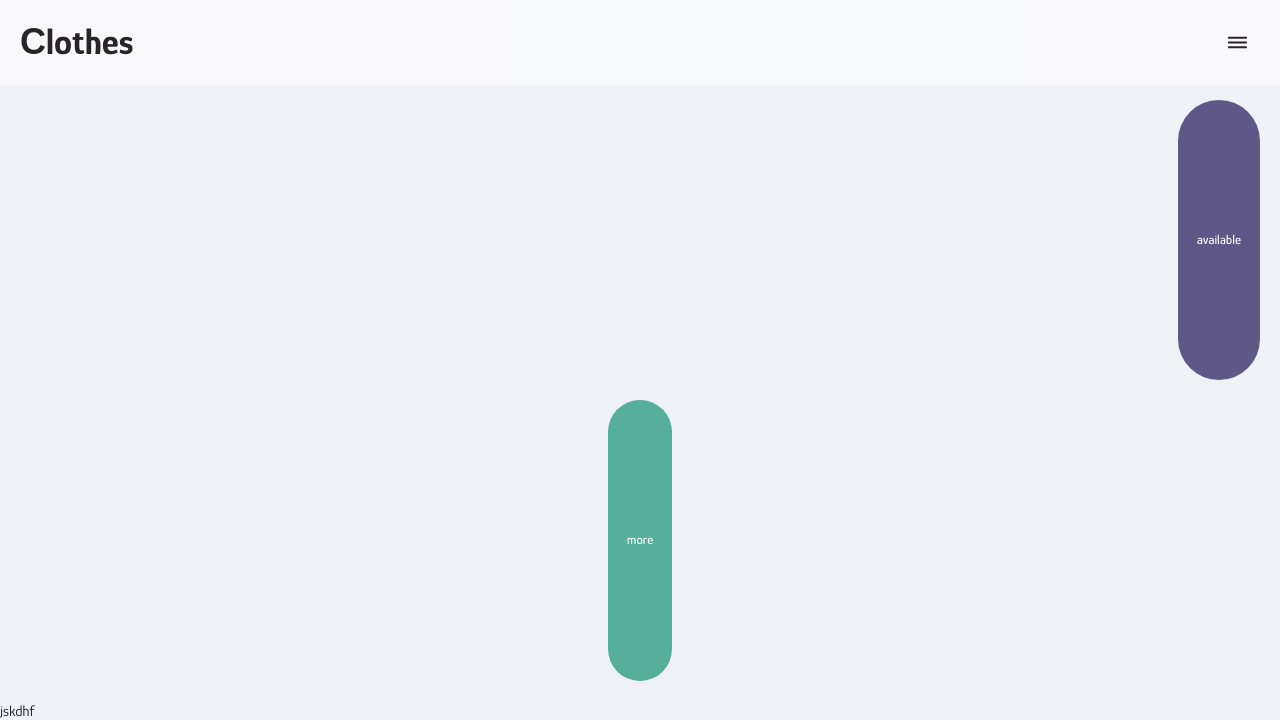
Repository: Axeliriya/my-test
Page: /
These files come from the project's save history. The page is drawn as it stood at one moment and after the next save; the edit follows.
The browser window is 1280 px wide. The pictures show the whole page.
The page's requests for data from a server got no answer. The project was rebuilt for these pictures with package versions that can differ from the ones it lists, and the page was loaded fresh each time. No one was signed in, and anything a server would have sent is missing. Also part of the build but not shown: src/components/Input/Input.tsx, src/components/ProductList/ProductList.tsx, src/components/ProductItem/ProductItem.tsx, src/components/Carousel/Carousel.tsx.

Above is the page before, as saved 2022-04-06 13:54:39.

### public/index.html
<!DOCTYPE html>
<html lang="en">
  <head>
    <meta charset="utf-8" />
    <link rel="icon" href="%PUBLIC_URL%/favicon.ico" />
    <meta name="viewport" content="width=device-width, initial-scale=1" />
    <meta name="theme-color" content="#9796F0" />
    <title>React App</title>
  </head>
  <body>
    <div id="root"></div>
  </body>
</html>

### src/index.tsx
import { createRoot } from 'react-dom/client';
import { App } from './components';
import './assets/styles/main.scss';

const root = createRoot(document.getElementById('root') as HTMLDivElement);
root.render(<App />);

### src/components/index.ts
export * from './App/App';
export * from './Layout/Layout';
export * from './Header/Header';
export * from './Button/Button';
export * from './Input/Input';
export * from './ProductList/ProductList';
export * from './ProductItem/ProductItem';
export * from './Main/Main';
export * from './Carousel/Carousel';

### src/assets/styles/main.scss
@import './base/normalize';
@import './base/fonts';
@import './utils/variables';
@import './utils/mixins';
@import './utils/placeholder';
@import './base/body';

### src/components/App/App.tsx
import { Layout } from '..';
import styles from './App.module.scss';

export const App = (): JSX.Element => {
  return (
    <div className={styles.app}>
      <Layout />
    </div>
  );
};

### src/components/Layout/Layout.tsx
import { Header, Input, Main } from '..';
import styles from './Layout.module.scss';
import { LayoutProps } from './Layout.props';

export const Layout = ({ children }: LayoutProps): JSX.Element => {
  return (
    <div className={styles.layout}>
      <Header>
        <Input placeholder="Search..." />
      </Header>
      <Main />
      <footer className={styles.main}>jskdhf</footer>
    </div>
  );
};

### src/components/Header/Header.tsx
/* eslint-disable no-constant-condition */
import styles from './Header.module.scss';
import { HeaderProps } from './Header.props';
import { ReactComponent as Burger } from './burger.svg';
import { ReactComponent as Search } from './search.svg';
import { Button } from '..';

export const Header = ({ children, ...props }: HeaderProps): JSX.Element => {
  return (
    <header className={styles.header} {...props}>
      <div className={styles.wrapper}>
        <a className={styles.logo} href="/">
          Сlothes
        </a>
      </div>
      <Button>
        <Burger />
      </Button>
    </header>
  );
};

### src/components/Button/Button.tsx
import styles from './Button.module.scss';
import { ButtonProps } from './Button.props';
import cn from 'classnames';

export const Button = ({
  appearance,
  children,
  className,
  ...props
}: ButtonProps) => {
  return (
    <button
      className={cn(styles.button, className, {
        [styles.primary]: appearance === 'primary',
        [styles.green]: appearance === 'green',
        [styles.ghost]: appearance === 'ghost',
      })}
      {...props}
    >
      {children}
    </button>
  );
};

### src/components/Main/Main.tsx
import { useEffect, useState } from 'react';
import { Button, ProductList } from '..';
import { ProductModel } from '../../interfaces/product.interface';
import { getProducts } from '../../services/api-service';
import bg from './bg.png';
import styles from './Main.module.scss';

export const Main = (): JSX.Element => {
  const [products, setProducts] = useState<ProductModel[]>();
  const [fullList, setFullist] = useState<ProductModel[]>();
  const [filtered, setFiltered] = useState<ProductModel[]>();
  const [isFiltered, setIsFiltered] = useState<boolean>(false);
  const [page, setPage] = useState<number>(1);

  useEffect(() => {
    const fetch = async () => {
      const { data } = await getProducts();
      const products = data?.data?.products;

      setFullist(products);

      const productList = getListByPage(page, products);

      setProducts(productList);
    };
    fetch();
  }, [page]);

  useEffect(() => {
    if (isFiltered) {
      const list = filtered && getListByPage(page, filtered);
      setProducts(list);
    } else {
      const list = fullList && getListByPage(page, fullList);
      setProducts(list);
    }
  }, [isFiltered]);

  function getListByPage(pageNumber: number, fullList: ProductModel[]) {
    if (pageNumber < 1) return [];

    const itemsPerPage = 10;
    const start = (pageNumber - 1) * itemsPerPage;
    const end = start + itemsPerPage;
    return fullList.slice(0, end);
  }

  const onClickPage = (nextPage: number) => {
    setPage((nextPage += 1));
    if (isFiltered) {
      filtered && getListByPage(page, filtered);
    } else {
      fullList && getListByPage(page, fullList);
    }
  };

  const filteredAvailble = () => {
    setIsFiltered(!isFiltered);
    const filteredList = fullList?.filter(
      product => product.quantity_available > 0,
    );
    setFiltered(filteredList);
  };

  return (
    <main className={styles.main}>
      <Button
        className={styles.available}
        appearance="primary"
        onClick={filteredAvailble}
      >
        available
      </Button>
      {products && <ProductList products={products} />}
      <Button
        className={styles.more}
        appearance="green"
        onClick={() => onClickPage(page)}
      >
        more
      </Button>
    </main>
  );
};

### src/assets/styles/base/_fonts.scss
@font-face {
  font-family: 'Glory';
  font-style: normal;
  font-weight: 400;
  src: url('../../fonts/glory-regular.woff2') format('woff2'),
    url('../../fonts/glory-regular.ttf') format('ttf');
}

@font-face {
  font-family: 'Glory';
  font-style: normal;
  font-weight: 500;
  src: url('../../fonts/glory-medium.woff2') format('woff2'),
    url('../../fonts/glory-medium.ttf') format('ttf');
}

@font-face {
  font-family: 'Glory';
  font-style: normal;
  font-weight: 600;
  src: url('../../fonts/glory-semibold.woff2') format('woff2'),
    url('../../fonts/glory-semibold.ttf') format('ttf');
}

@font-face {
  font-family: 'Glory';
  font-style: normal;
  font-weight: 700;
  src: url('../../fonts/glory-bold.woff2') format('woff2'),
    url('../../fonts/glory-bold.ttf') format('ttf');
}

### src/assets/styles/utils/_variables.scss
$primary-color: #ffffff;
$primary-text-color: #272525;
$alternate-bg-color: #eef1f6;
$secondery-text-color: #454747;
$secondery-color: #3c336c;
$accent-color: #309f85;
$light-color: #c4c4c4;
$main-gradient: linear-gradient(38.95deg, #9796f0 -10.38%, #ffe0e8 107.56%);

$cubic: 250ms cubic-bezier(0.4, 0, 0.2, 1);

$font: Glory, sans-serif;

### src/assets/styles/utils/_mixins.scss
@mixin font($weight, $size, $line-height: 1.3, $family: $font) {
  font-family: $family;
  font-weight: $weight;
  font-size: $size;
  line-height: $line-height;
}

### src/assets/styles/utils/_placeholder.scss
%link {
  text-decoration: none;
}

%list {
  list-style: none;
  margin: 0;
  padding: 0;
}

%input {
  @include font(500, 13px, 1.4);
  padding: 12px 18px;
  background: transparent;
  color: $primary-text-color;
  border: 2px solid $primary-text-color;
  border-radius: 50px;
}

%btn-icon {
  padding: 10px;
  background-color: transparent;
  border: 1px solid transparent;
  border-radius: 5px;
  cursor: pointer;
  transition: all $cubic;
}

%btn {
  @include font(500, 13px, 1.4);
  color: $primary-color;
  padding: 10px 18px;
  border-radius: 50px;
}

### src/assets/styles/base/_body.scss
img {
  display: block;
  width: 100%;
  height: auto;
}

body {
  margin: 0;
  background-color: $primary-color;
  color: $primary-text-color;
  @include font(400, 15px);
}

code {
  font-family: source-code-pro, Menlo, Monaco, Consolas, 'Courier New',
    monospace;
}

### src/components/App/App.module.scss
@import '../../assets/styles/main.scss';

.app {
  background-color: $alternate-bg-color;
}

@media screen and (min-width: 520px) {
  .app {
    grid-template-columns: auto 1fr auto;
  }
}

@media screen and (min-width: 682px) {
  .app {
    grid-template-columns: auto 665px auto;
  }
}

### src/components/Layout/Layout.module.scss
.layout {
  display: grid;
  grid-template-columns: auto 1fr auto;
  grid-template-rows: 1fr auto;
  min-height: 100vh;
}

.footer {
  grid-column: 1 / -1;
}

@media screen and (min-width: 520px) {
  .app {
    grid-template-columns: auto 1fr auto;
  }
}

@media screen and (min-width: 682px) {
  .app {
    grid-template-columns: auto 665px auto;
  }
}

### src/components/Header/Header.module.scss
@import '../../assets/styles/main.scss';

.header {
  position: fixed;
  width: 100%;
  display: flex;
  justify-content: space-between;
  align-items: center;
  background: rgba(250, 251, 253, 0.8);
  padding: 20px;
  z-index: 1;
}

.wrapper {
  width: 100%;
  display: flex;
  justify-content: space-between;
  align-items: center;
  margin-right: 10px;
}

.logo {
  @extend %link;
  font-weight: 700;
  font-size: 36px;
  line-height: 105.5%;
  color: $primary-text-color;
  &:hover {
    color: $secondery-text-color;
  }
}

.input {
  width: 100%;
}

// @media screen and (min-width: 520px) {
//   .app {
//     grid-template-columns: auto 1fr auto;
//   }
// }

// @media screen and (min-width: 682px) {
//   .app {
//     grid-template-columns: auto 665px auto;
//   }
// }

### src/components/Button/Button.module.scss
@import '../../assets/styles/main.scss';

.button {
  @extend %btn-icon;
}

.button svg {
  display: block;
  width: 100%;
  height: auto;
}

.primary,
.green,
.ghost {
  @extend %btn;
  background-color: $secondery-color;
  opacity: 0.8;
  &:hover {
    opacity: 1;
    box-shadow: 0px 20px 50px rgba(0, 0, 0, 0.1);
  }
}

.green {
  background-color: $accent-color;
}

.ghost {
  background-color: $light-color;
}

### src/components/Input/Input.module.scss
@import '../../assets/styles/main.scss';

// .input {
//   width: 100%;
//   @extend %input;
//   &:focus {
//     border: 1px solid $primary-text-color;
//   }
// }

### src/components/ProductList/ProductList.module.scss
@import '../../assets/styles/main.scss';

.users {
  display: grid;
  gap: 12px;

  @extend %list;
}

### src/components/ProductItem/ProductItem.module.scss
@import '../../assets/styles/main.scss';

.item {
  background-color: $primary-color;
  border-radius: 12px;

  overflow: hidden;
}

.wrapper {
  position: relative;
}

.img {
  display: flex;
  align-items: center;
  justify-content: center;
  user-select: none;
}

.owner {
  position: absolute;
  top: 20px;
  left: 20px;
  padding: 5px;
  background-color: rgb(0, 0, 0, 0.4);
  color: $primary-color;
  border-radius: 4px;
  @include font(400, 12px, 1.05);
}

.decr {
  padding: 20px;
  grid-template-columns: 1fr 1fr;
  display: grid;
  gap: 10px;
}

.name {
  @include font(600, 16px, 1.05);
  grid-column: 1 / -1;
}

.quantity {
  display: grid;
  grid-column: 1 / 2;
}

.price {
  display: grid;
  grid-column: 2 / -1;
  @include font(600, 16px, 1.05);
  color: $light-color;
  justify-self: end;
}

### src/services/api-service.ts
import axios from 'axios';

axios.defaults.baseURL = `https://artisant.io/api`;

export const getProducts = async () => {
  return await axios.get(`/products`);
};

### src/components/Main/Main.module.scss
@import '../../assets/styles/main.scss';

.main {
  display: grid;
  gap: 20px;
  position: relative;
  padding: 100px 20px 20px 20px;
  grid-column: 1 / -1;
}

.available {
  justify-self: end;
}

.more {
  justify-self: center;
}

@media screen and (min-width: 520px) {
  // .main {
  //   grid-template-columns: auto 1fr;
  //   grid-template-rows: 1fr;
  //   grid-column: 2 / 3;
  // }
}

### src/components/Carousel/Carousel.module.scss
@import '../../assets/styles/main.scss';

.window {
  width: 100%;
  height: 100%;
  transition: all $cubic;
  &:hover {
    cursor: pointer;
  }
}

.slider {
  display: flex;
  height: 100%;
}

Loaded but not shown: src/assets/styles/base/_normalize.scss (common file)

After the next save:
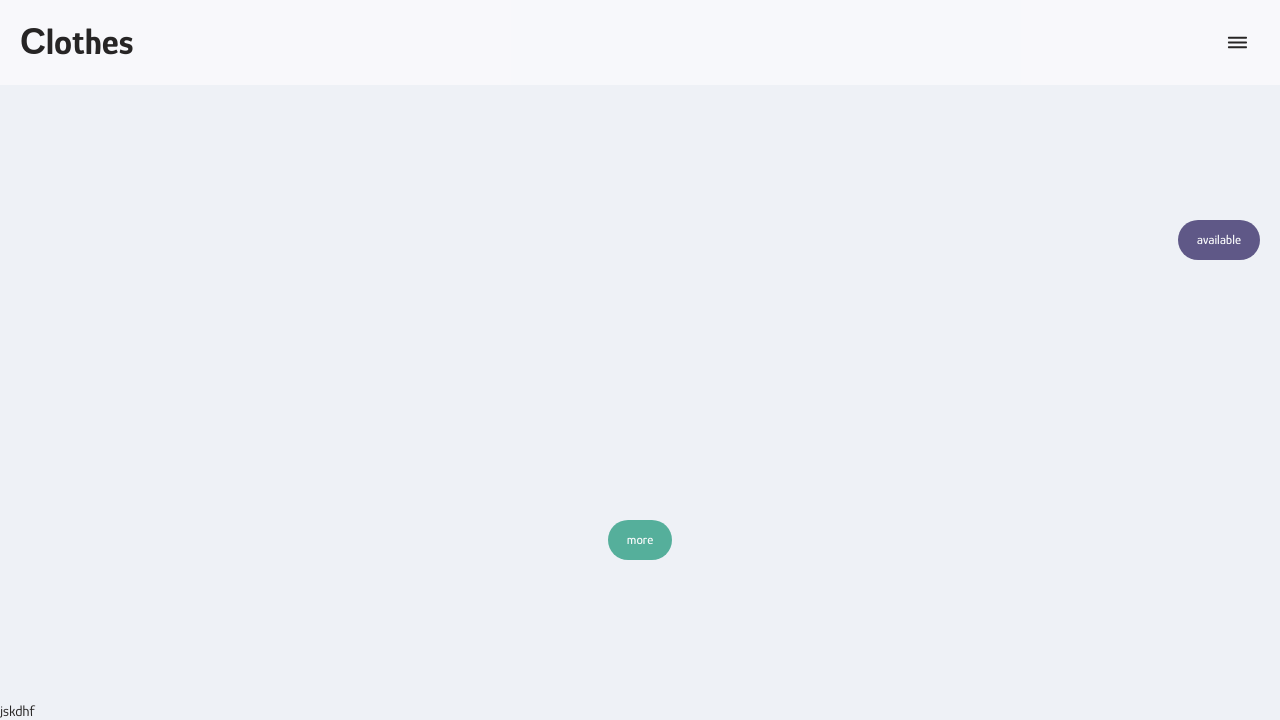
Saved 39 s later.
--- a/src/components/Main/Main.module.scss
+++ b/src/components/Main/Main.module.scss
@@ -10,10 +10,12 @@
 
 .available {
   justify-self: end;
+  align-self: center;
 }
 
 .more {
   justify-self: center;
+  align-self: center;
 }
 
 @media screen and (min-width: 520px) {
